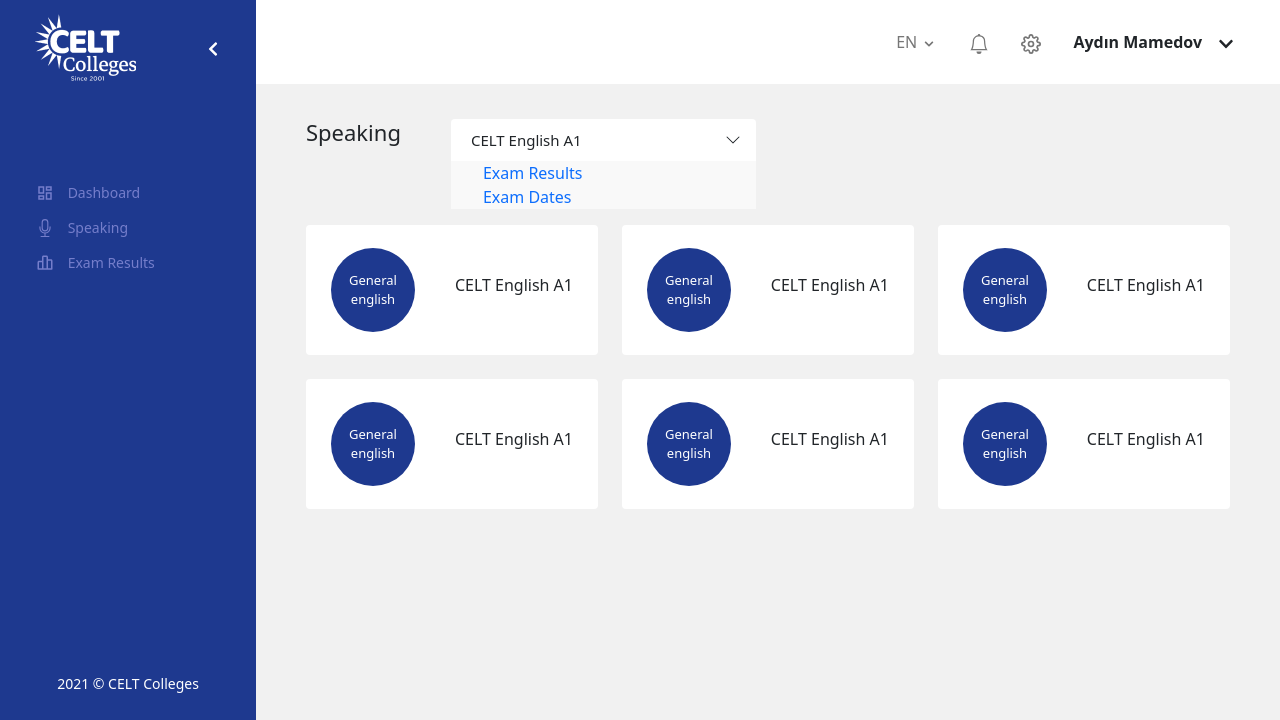
Repository: aydinws/celtapp
Page: /speaking
An editor plug-in stored every save of this project. The page is shown before and after the next save, followed by the edit.
The browser window is 1280 px wide. The pictures show the whole page.
The project was rebuilt for these pictures with package versions that can differ from the ones it lists, and the page was loaded fresh each time. Also part of the build but not shown: src/pages/Dashboard/index.js, src/pages/ExamResults/index.scss, src/components/Table/index.scss, src/components/Pagination/index.scss, src/components/Pagination/index.js, src/components/Table/index.js, src/pages/ExamResults/index.js.

Above is the page before, as saved 2021-06-10 00:25:59.

After the next save:
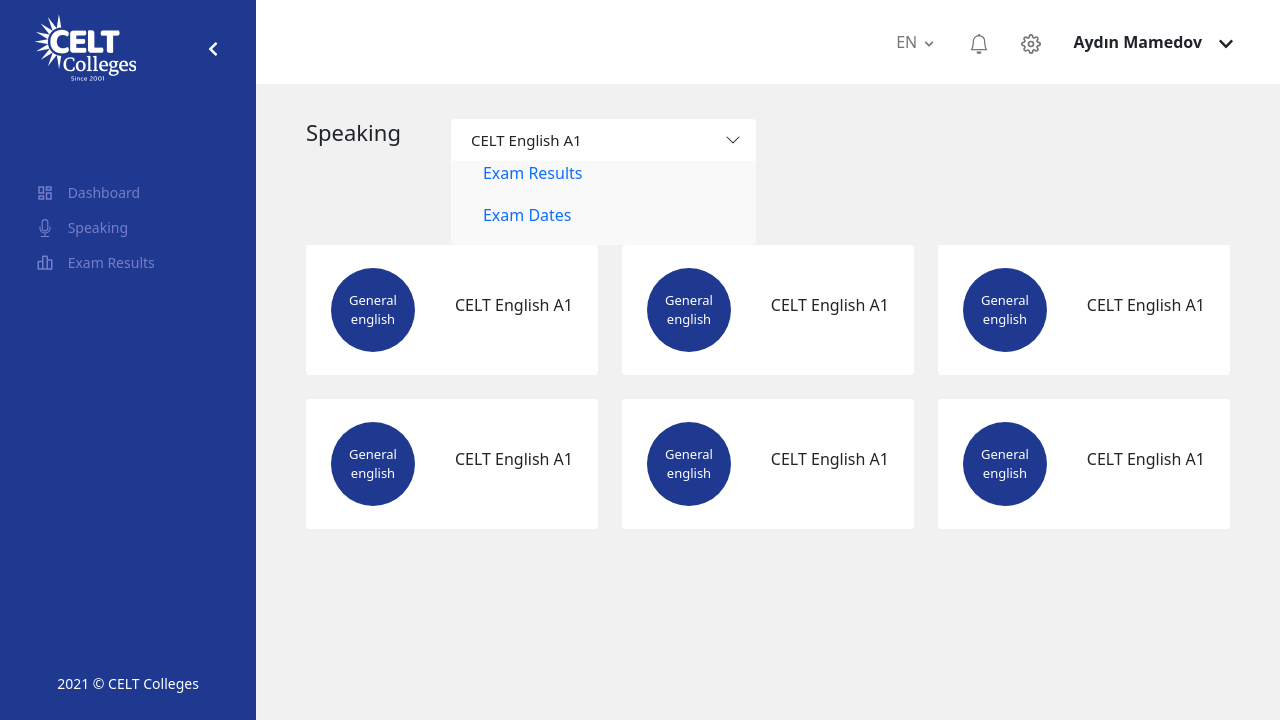
Saved 46 s later.
--- a/src/pages/Speakings/index.scss
+++ b/src/pages/Speakings/index.scss
@@ -80,5 +80,14 @@
         left: 0;
         top: 42px;
         background-color: #F9F9F9;
+
+        ul {
+            margin: 0;
+
+            li {
+                width: 100%;
+                height: 42px;
+            }
+        }
     }
 }
